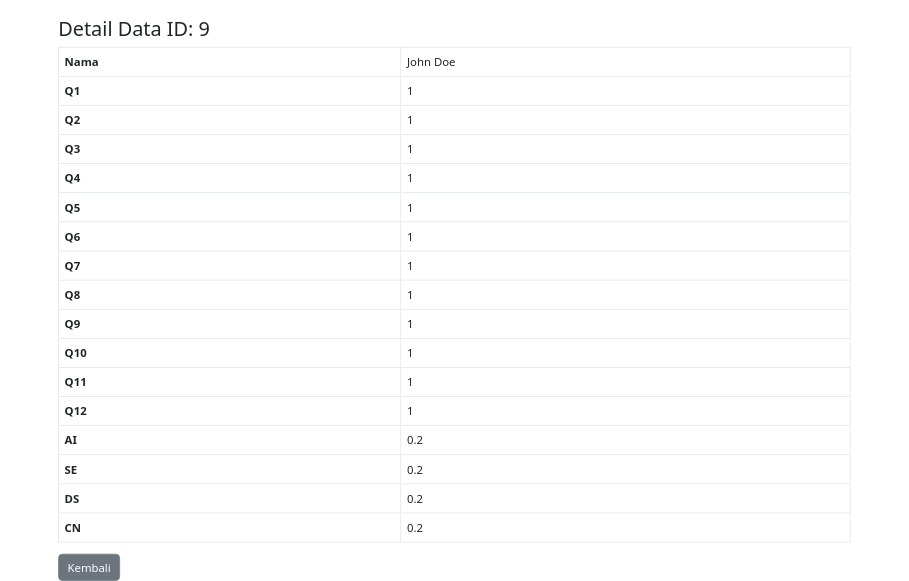
Repository: Senicccc/pathfinderit
Page: http://localhost/admin/detail.php?id=9
The author's editor kept a copy of each file at every save. The page is drawn from the files as they stood at one save, then again after the next save.
The browser window is 1280 px wide. The pictures show the whole page, at 71% of full size.
Backgrounds fixed to the window are drawn as part of the page. The page is run by PHP 8.4 with error messages shown; the project is at /var/www/html/. The session is filled in as if someone had signed in: {"admin": "Admin"}. Other server files are loaded and not shown. The database holds what the project's SQL file puts in it.

Above is the page before, as saved 2026-04-11 06:24:19.

### admin/detail.php
<?php
session_start();
include '../config/connection.php';

if (!isset($_SESSION['admin'])) {
    header("Location: login.php");
    exit;
}

$id = $_GET['id'];

$query = mysqli_query($conn, "SELECT * FROM results WHERE id='$id'");
$data = mysqli_fetch_assoc($query);
?>

<!DOCTYPE html>
<html>

<head>
    <title>Detail Data</title>
    <link href="https://cdn.jsdelivr.net/npm/bootstrap@5.3.0/dist/css/bootstrap.min.css" rel="stylesheet">
</head>

<body>

    <div class="container mt-4">
        <h3>Detail Data ID: <?= $id ?></h3>

        <table class="table table-bordered">
            <tr>
                <th>Nama</th>
                <td><?= $data['name'] ?></td>
            </tr>

            <?php for ($i=1;$i<=12;$i++) { ?>
            <tr>
                <th>Q<?= $i ?></th>
                <td><?= $data["q$i"] ?></td>
            </tr>
            <?php } ?>

            <tr>
                <th>AI</th>
                <td><?= $data['ai_score'] ?></td>
            </tr>
            <tr>
                <th>SE</th>
                <td><?= $data['se_score'] ?></td>
            </tr>
            <tr>
                <th>DS</th>
                <td><?= $data['ds_score'] ?></td>
            </tr>
            <tr>
                <th>CN</th>
                <td><?= $data['cn_score'] ?></td>
            </tr>
        </table>

        <a href="index.php" class="btn btn-secondary">Kembali</a>
    </div>

</body>

</html>

### config/connection.php
<?php
$conn = mysqli_connect("localhost", "root", "", "pathfinderit");

if (!$conn) {
    die("Connection failed: " . mysqli_connect_error());
}
?>

### pathfinderit.sql (the tables this page reads)
CREATE TABLE `results` (
  `id` int NOT NULL,
  `name` varchar(100) DEFAULT NULL,
  `q1` int DEFAULT NULL,
  `q2` int DEFAULT NULL,
  `q3` int DEFAULT NULL,
  `q4` int DEFAULT NULL,
  `q5` int DEFAULT NULL,
  `q6` int DEFAULT NULL,
  `q7` int DEFAULT NULL,
  `q8` int DEFAULT NULL,
  `q9` int DEFAULT NULL,
  `q10` int DEFAULT NULL,
  `q11` int DEFAULT NULL,
  `q12` int DEFAULT NULL,
  `ai_score` float DEFAULT NULL,
  `se_score` float DEFAULT NULL,
  `ds_score` float DEFAULT NULL,
  `cn_score` float DEFAULT NULL,
  `created_at` timestamp NULL DEFAULT CURRENT_TIMESTAMP
) ENGINE=InnoDB DEFAULT CHARSET=utf8mb4 COLLATE=utf8mb4_0900_ai_ci;

INSERT INTO `results` (`id`, `name`, `q1`, `q2`, `q3`, `q4`, `q5`, `q6`, `q7`, `q8`, `q9`, `q10`, `q11`, `q12`, `ai_score`, `se_score`, `ds_score`, `cn_score`, `created_at`) VALUES
(1, NULL, 4, 5, 2, 3, 2, 5, 3, 3, 4, 4, 2, 3, 0.7, 0.95, 0.55, 0.3, '2026-04-09 08:38:04'),
(2, NULL, 4, 5, 2, 3, 2, 5, 3, 3, 4, 4, 2, 3, 0.7, 0.95, 0.45, 0.3, '2026-04-09 08:44:56'),
(3, NULL, 4, 5, 5, 1, 5, 5, 2, 5, 5, 1, 1, 1, 0.9, 1, 0.3, 0.8, '2026-04-09 09:30:55'),
(4, NULL, 5, 1, 3, 5, 5, 1, 3, 4, 5, 4, 5, 3, 0.9, 0, 0.65, 0.65, '2026-04-09 09:35:20'),
(5, NULL, 3, 3, 1, 2, 1, 5, 4, 3, 5, 5, 4, 3, 0.7, 0.65, 0.4, 0.1, '2026-04-10 06:52:35'),
(6, NULL, 3, 1, 5, 3, 1, 2, 1, 1, 3, 2, 2, 4, 0.45, 0.25, 0.35, 0.6, '2026-04-10 06:54:00'),
(7, 'tes', 3, 1, 5, 3, 1, 2, 1, 1, 3, 2, 2, 4, 0.45, 0.25, 0.35, 0.6, '2026-04-10 12:42:05'),
(8, 'Sett', 5, 1, 4, 3, 4, 1, 3, 4, 3, 4, 4, 3, 0.7, 0.05, 0.45, 0.65, '2026-04-10 12:57:37'),
(9, 'John Doe', 1, 1, 1, 1, 1, 1, 1, 1, 1, 1, 1, 1, 0.2, 0.2, 0.2, 0.2, '2026-04-10 13:14:14');

ALTER TABLE `results`
  ADD PRIMARY KEY (`id`);

ALTER TABLE `results`
  MODIFY `id` int NOT NULL AUTO_INCREMENT, AUTO_INCREMENT=10;

### components/navbar-admin.php
<nav class="navbar navbar-expand-lg navbar-dark admin-navbar px-3">
    <div class="container-fluid">

        <!-- LOGO -->
        <a class="navbar-brand fw-bold admin-logo" href="index.php">
            PathFinderIT
            <span class="badge admin-badge">Admin</span>
        </a>

        <!-- TOGGLE MOBILE -->
        <button class="navbar-toggler" type="button" data-bs-toggle="collapse" data-bs-target="#adminNavMenu">
            <span class="navbar-toggler-icon"></span>
        </button>

        <!-- MENU -->
        <div class="collapse navbar-collapse" id="adminNavMenu">
            <ul class="navbar-nav ms-auto">

                <li class="nav-item">
                    <a class="nav-link nav-animate" href="index.php">Dashboard</a>
                </li>

                <li class="nav-item">
                    <a href="logout.php" class="btn-logout-nav">
                        Logout
                    </a>
                </li>

            </ul>
        </div>

    </div>
</nav>

Loaded but not shown: assets/style.css (1083 lines, source omitted)

After the next save:
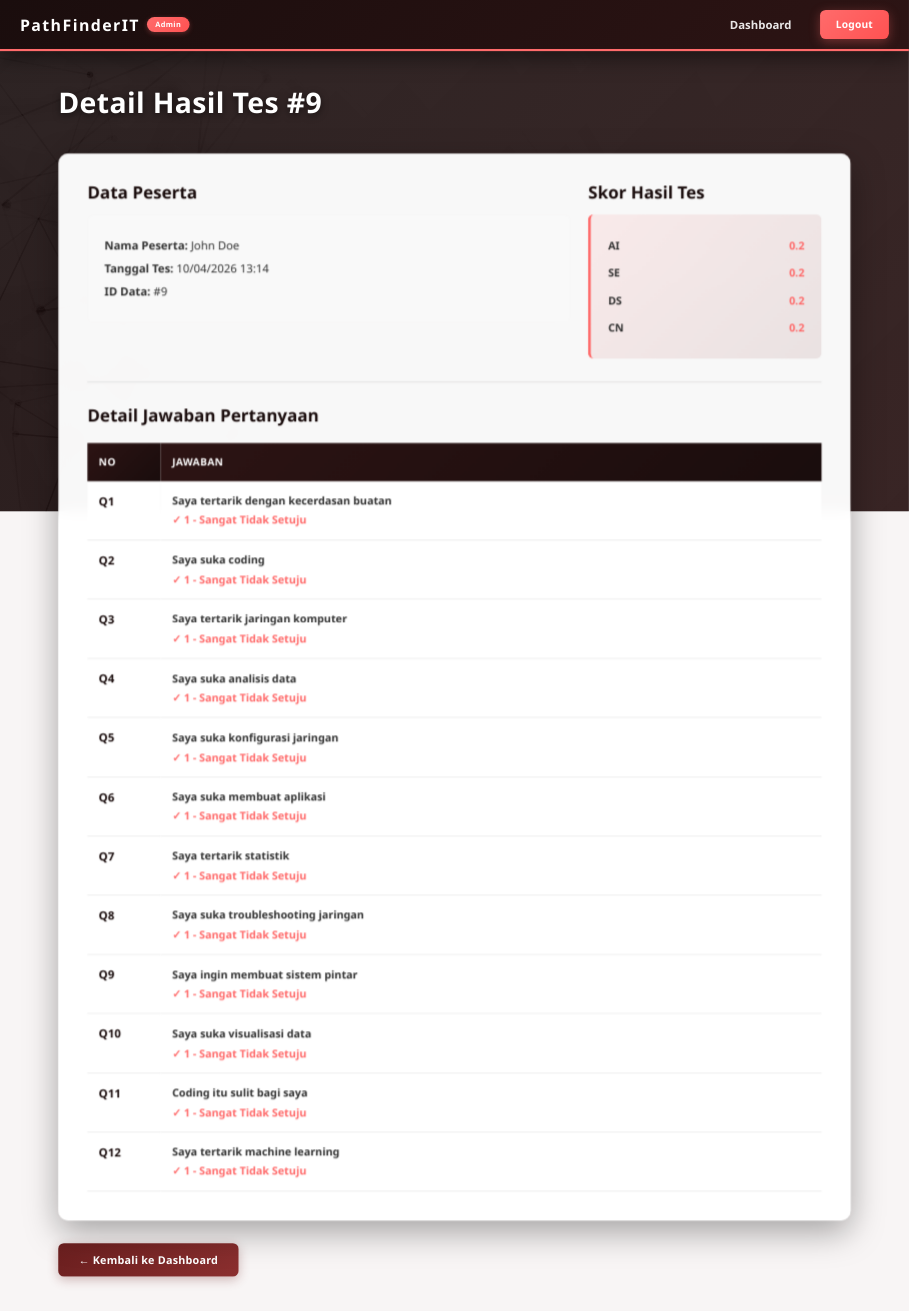
Saved 1 s later.
--- a/admin/detail.php
+++ b/admin/detail.php
@@ -17,48 +17,124 @@ $data = mysqli_fetch_assoc($query);
 <html>
 
 <head>
-    <title>Detail Data</title>
+    <title>Detail Data - PathFinderIT</title>
+    <meta name="viewport" content="width=device-width, initial-scale=1">
+    <link rel="icon" type="image/png" href="../img/logo-pathfinderit.png">
     <link href="https://cdn.jsdelivr.net/npm/bootstrap@5.3.0/dist/css/bootstrap.min.css" rel="stylesheet">
+    <link rel="stylesheet" href="../assets/style.css">
 </head>
 
 <body>
 
-    <div class="container mt-4">
-        <h3>Detail Data ID: <?= $id ?></h3>
+    <div class="admin-page-wrapper"></div>
+    <div class="admin-page-overlay"></div>
 
-        <table class="table table-bordered">
-            <tr>
-                <th>Nama</th>
-                <td><?= $data['name'] ?></td>
-            </tr>
+    <div class="admin-page-content">
 
-            <?php for ($i=1;$i<=12;$i++) { ?>
-            <tr>
-                <th>Q<?= $i ?></th>
-                <td><?= $data["q$i"] ?></td>
-            </tr>
-            <?php } ?>
+        <?php include '../components/navbar-admin.php'; ?>
 
-            <tr>
-                <th>AI</th>
-                <td><?= $data['ai_score'] ?></td>
-            </tr>
-            <tr>
-                <th>SE</th>
-                <td><?= $data['se_score'] ?></td>
-            </tr>
-            <tr>
-                <th>DS</th>
-                <td><?= $data['ds_score'] ?></td>
-            </tr>
-            <tr>
-                <th>CN</th>
-                <td><?= $data['cn_score'] ?></td>
-            </tr>
-        </table>
+        <div class="admin-page-main">
+            <div class="container">
+                <h1 class="admin-page-title">Detail Hasil Tes #<?= htmlspecialchars($id) ?></h1>
 
-        <a href="index.php" class="btn btn-secondary">Kembali</a>
+                <div class="admin-detail-card">
+                    <div class="row mb-4">
+                        <div class="col-md-8">
+                            <h4 style="color: #1a0d0d; font-weight: 700; margin-bottom: 1rem;">Data Peserta</h4>
+                            <div style="background: #f9f9f9; padding: 1.5rem; border-radius: 8px; margin-bottom: 2rem;">
+                                <p style="margin: 0.5rem 0; color: #333;"><strong>Nama Peserta:</strong> <?= htmlspecialchars($data['name'] ?: 'Tidak diisi') ?></p>
+                                <p style="margin: 0.5rem 0; color: #333;"><strong>Tanggal Tes:</strong> <?= date("d/m/Y H:i", strtotime($data['created_at'])) ?></p>
+                                <p style="margin: 0.5rem 0; color: #333;"><strong>ID Data:</strong> #<?= htmlspecialchars($id) ?></p>
+                            </div>
+                        </div>
+
+                        <div class="col-md-4">
+                            <h4 style="color: #1a0d0d; font-weight: 700; margin-bottom: 1rem;">Skor Hasil Tes</h4>
+                            <div style="background: linear-gradient(135deg, rgba(255, 107, 107, 0.1), rgba(107, 31, 31, 0.1)); padding: 1.5rem; border-radius: 8px; border-left: 4px solid #ff6b6b;">
+                                <table style="width: 100%; font-size: 0.95rem;">
+                                    <tr>
+                                        <td style="padding: 0.5rem 0; color: #333;"><strong>AI</strong></td>
+                                        <td style="padding: 0.5rem 0; text-align: right; color: #ff6b6b; font-weight: 700;"><?= round($data['ai_score'], 4) ?></td>
+                                    </tr>
+                                    <tr>
+                                        <td style="padding: 0.5rem 0; color: #333;"><strong>SE</strong></td>
+                                        <td style="padding: 0.5rem 0; text-align: right; color: #ff6b6b; font-weight: 700;"><?= round($data['se_score'], 4) ?></td>
+                                    </tr>
+                                    <tr>
+                                        <td style="padding: 0.5rem 0; color: #333;"><strong>DS</strong></td>
+                                        <td style="padding: 0.5rem 0; text-align: right; color: #ff6b6b; font-weight: 700;"><?= round($data['ds_score'], 4) ?></td>
+                                    </tr>
+                                    <tr>
+                                        <td style="padding: 0.5rem 0; color: #333;"><strong>CN</strong></td>
+                                        <td style="padding: 0.5rem 0; text-align: right; color: #ff6b6b; font-weight: 700;"><?= round($data['cn_score'], 4) ?></td>
+                                    </tr>
+                                </table>
+                            </div>
+                        </div>
+                    </div>
+
+                    <!-- Questions & Answers -->
+                    <h4 style="color: #1a0d0d; font-weight: 700; margin-bottom: 1.5rem; margin-top: 2rem; padding-top: 2rem; border-top: 2px solid #e8e8e8;">Detail Jawaban Pertanyaan</h4>
+
+                    <table class="table">
+                        <thead>
+                            <tr>
+                                <th style="width: 10%;">No</th>
+                                <th style="width: 90%;">Jawaban</th>
+                            </tr>
+                        </thead>
+                        <tbody>
+                            <?php
+                                $questions = [
+                                    "Saya tertarik dengan kecerdasan buatan",
+                                    "Saya suka coding",
+                                    "Saya tertarik jaringan komputer",
+                                    "Saya suka analisis data",
+                                    "Saya suka konfigurasi jaringan",
+                                    "Saya suka membuat aplikasi",
+                                    "Saya tertarik statistik",
+                                    "Saya suka troubleshooting jaringan",
+                                    "Saya ingin membuat sistem pintar",
+                                    "Saya suka visualisasi data",
+                                    "Coding itu sulit bagi saya",
+                                    "Saya tertarik machine learning"
+                                ];
+
+                                for ($i=1;$i<=12;$i++) {
+                                    $answer = $data["q$i"];
+                                    $labels = ["1 - Sangat Tidak Setuju", "2 - Tidak Setuju", "3 - Netral", "4 - Setuju", "5 - Sangat Setuju"];
+                            ?>
+                            <tr>
+                                <td style="font-weight: 600; color: #1a0d0d;">Q<?= $i ?></td>
+                                <td>
+                                    <div style="font-size: 0.95rem; color: #333;">
+                                        <strong><?= $questions[$i-1] ?></strong><br>
+                                        <span style="color: #ff6b6b; font-weight: 600; margin-top: 0.3rem; display: inline-block;">
+                                            ✓ <?= isset($labels[$answer-1]) ? $labels[$answer-1] : 'Tidak menjawab' ?>
+                                        </span>
+                                    </div>
+                                </td>
+                            </tr>
+                            <?php } ?>
+                        </tbody>
+                    </table>
+                </div>
+
+                <a href="index.php" class="admin-btn-back">
+                    ← Kembali ke Dashboard
+                </a>
+            </div>
+
+        </div>
     </div>
+
+    <!-- CREDIT FREEPIK -->
+    <div class="credit">
+        <a href="http://www.freepik.com">Designed by starline / Freepik</a>
+    </div>
+
+    <!-- BOOTSTRAP JS -->
+    <script src="https://cdn.jsdelivr.net/npm/bootstrap@5.3.0/dist/js/bootstrap.bundle.min.js"></script>
 
 </body>
 
